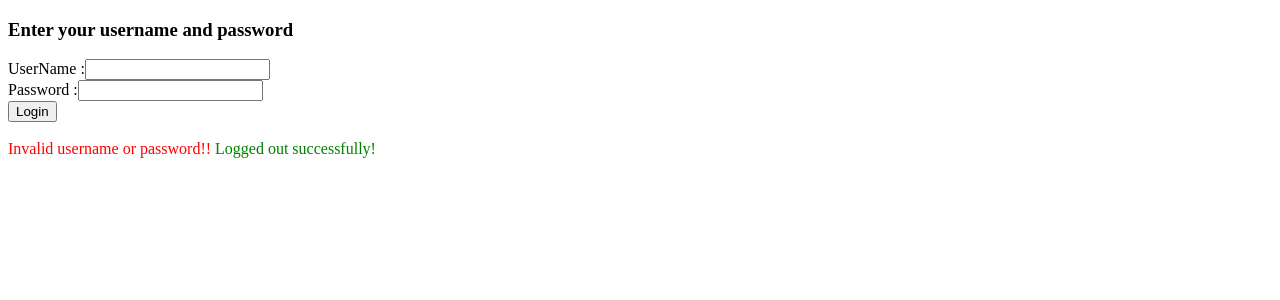
Repository: Naokiyuy/DigitalHum
Page: http://localhost/digital/backend/login.jsp
These files come from the project's save history. The page is drawn as it stood at one moment and after the next save; the edit follows.
The browser window is 1280 px wide. The pictures show the whole page.
The page is served by Tomcat 9. Nobody is signed in. The application's start-up code is not run.

Above is the page before, as saved 2015-03-21 15:24:47.

After the next save:
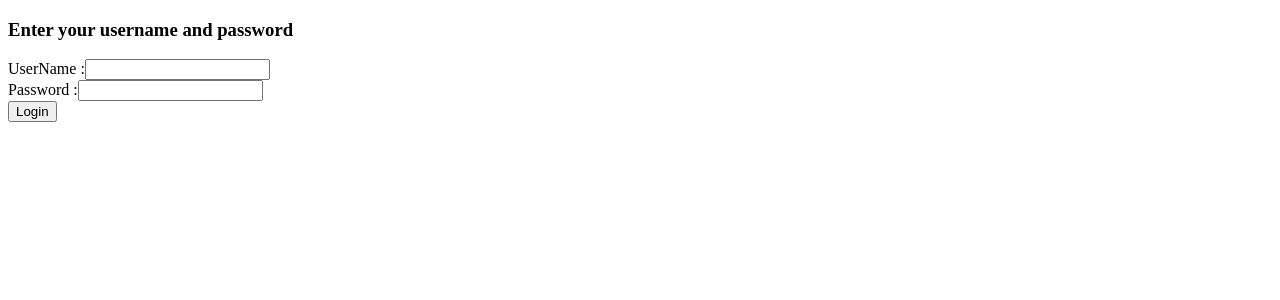
Saved 9 min 33 s later.
--- a/digital/src/main/webapp/backend/login.jsp
+++ b/digital/src/main/webapp/backend/login.jsp
@@ -1,8 +1,9 @@
+<%@ page language="java" contentType="text/html; charset=UTF-8" pageEncoding="UTF-8"%>
+<%@taglib prefix="c" uri="http://java.sun.com/jsp/jstl/core"%>
 <?xml version="1.0" encoding="UTF-8"?>
 <!DOCTYPE html PUBLIC "-//W3C//DTD XHTML 1.0 Transitional//EN"
 "http://www.w3.org/TR/xhtml1/DTD/xhtml1-transitional.dtd">
-<html xmlns="http://www.w3.org/1999/xhtml"
-	xmlns:c="http://java.sun.com/jstl/core">
+<html>
 <body>
 	<h3>Enter your username and password</h3>
 	<form method="post" action="/backend/j_spring_security_check">
